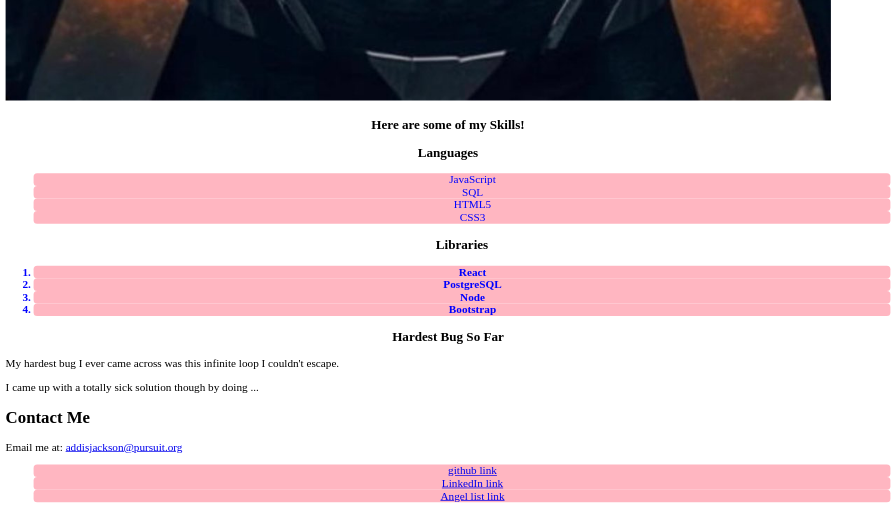
Repository: 10-2-pursuit/lab-intro-to-css
Page: index.html
An editor plug-in stored every save of this project. The page is shown before and after a run of saves, followed by the edit.
The browser window is 1280 px wide. The pictures show the part of the page from y = 2052 to 3972 px (the page is 2785 px tall before and 8171 px after), at 70% of full size.

Above is the page before, as saved 2023-06-14 21:08:26.

### index.html
<!DOCTYPE html>
<html lang="en" dir="ltr">
  <head>
    <meta charset="utf-8" />
    <title>CSS Intro</title>
  </head>
  <body>
    <div>
    <style>
          body {font-family: san-serif;}

          #name {font-family: fantasy;
                 font-style: italic;
                 text-align: center;
                 color: purple;
                 }

             li {text-align: center;
                 border: 1px red;
                 border-radius: 5px;
                 color:blue;
                 background-color:lightpink;
                 padding-left: 30px;
                 padding-top:20%
                 padding-bottom:20
                 }

            img {height: 100%;
                 align-items: center;}

             h3 {font-variant: underline;
                 text-align: center;}

              p {padding-top: 20p;
                 padding-bottom: 20p}
             h1 {font-size: 30px}
             ol {font-weight: bold;}

    </style>

    <h1 id="name"><strong>Addis Jackson</strong></h1>
  </div>
    <div>
      <p>
        This is a bunch of information about yourself. I'm from here and there and
        discovered my love of programming when this happened. When I'm not
        working I'm busy doing this and that.
      </p>
    </div>

    <img
      src="./assets/addis.png"
      alt="Addis at his best"
    />

    <div>
      <h3>Here are some of my Skills!</h3>
        <h3>Languages</h3>
        <ul>
          <style>
            ul {list-style-type: none;}
          </style>
        <li>JavaScript</li>
        <li>SQL</li>
        <li>HTML5</li>
        <li>CSS3</li>
      </ul>

      <ol style="font-weight: bold;">
        <h3>Libraries</h3>
        <li>React</li>
        <li>PostgreSQL</li>
        <li>Node</li>
        <li>Bootstrap</li>
      </ol>
    </div>

    <div>
      <h3>Hardest Bug So Far</h3>
      <p>
        My hardest bug I ever came across was this infinite loop I couldn't
        escape.
      </p>
      <p>I came up with a totally sick solution though by doing ...</p>
    </div>

    <h2>Contact Me</h2>
    <div>
      Email me at:
      <a href="mailto:addisjackson@pursuit.org" target="_top">addisjackson@pursuit.org</a>
    </div>

    <ul>
      <li><a href="github.com/addisjackson">github link</a></li>
      <li><a href="linkedin.com/addisjackson">LinkedIn link</a></li>
      <li><a href="angellist.com">Angel list link</a></li>
    </ul>
  </body>
</html>

After the next 2 saves:
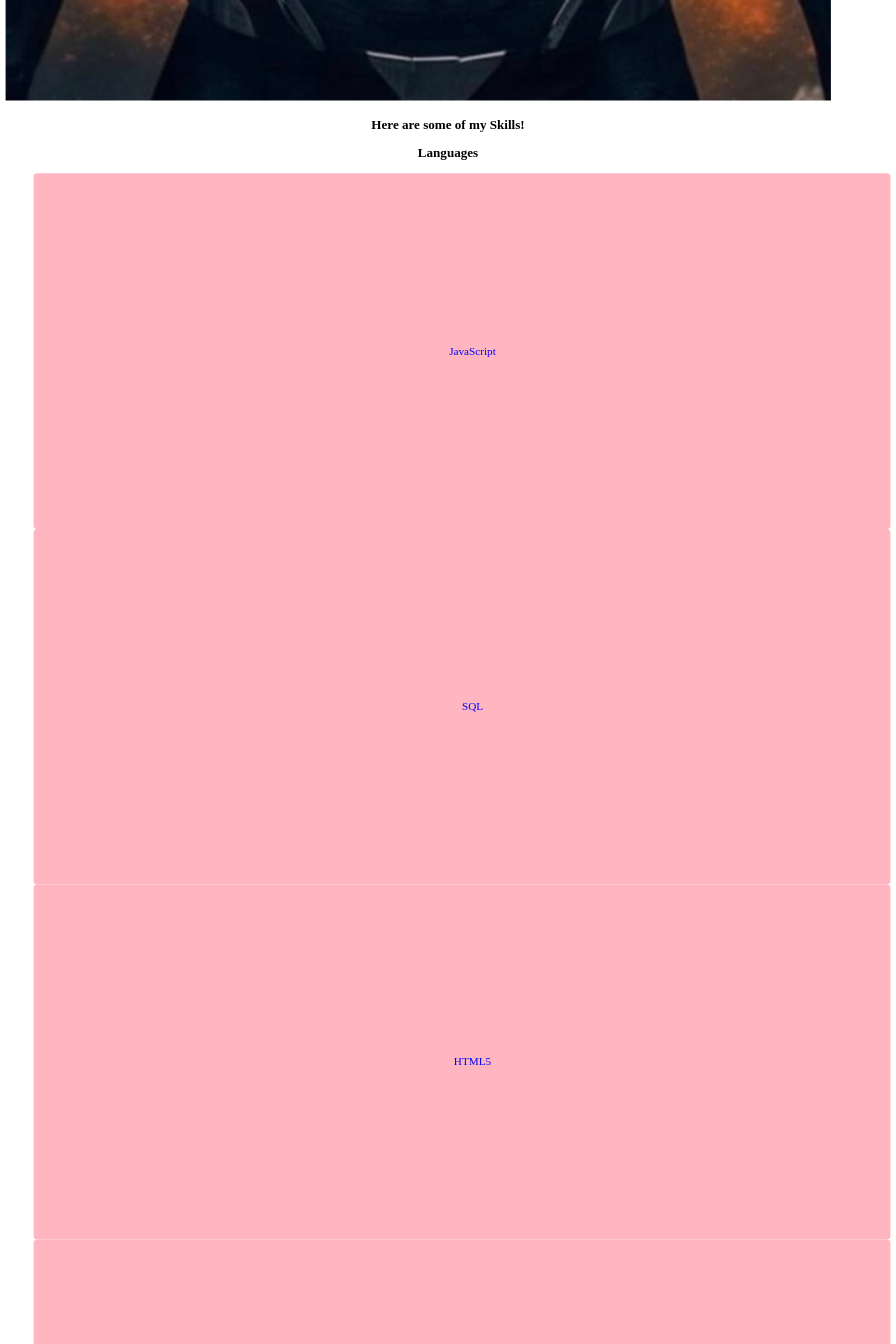
The 2 saves are shown as one change because they came seconds apart.
The last was saved 17 s later.
--- a/index.html
+++ b/index.html
@@ -21,8 +21,8 @@
                  color:blue;
                  background-color:lightpink;
                  padding-left: 30px;
-                 padding-top:20%
-                 padding-bottom:20
+                 padding-top:20%;
+                 padding-bottom:20%
                  }
 
             img {height: 100%;
